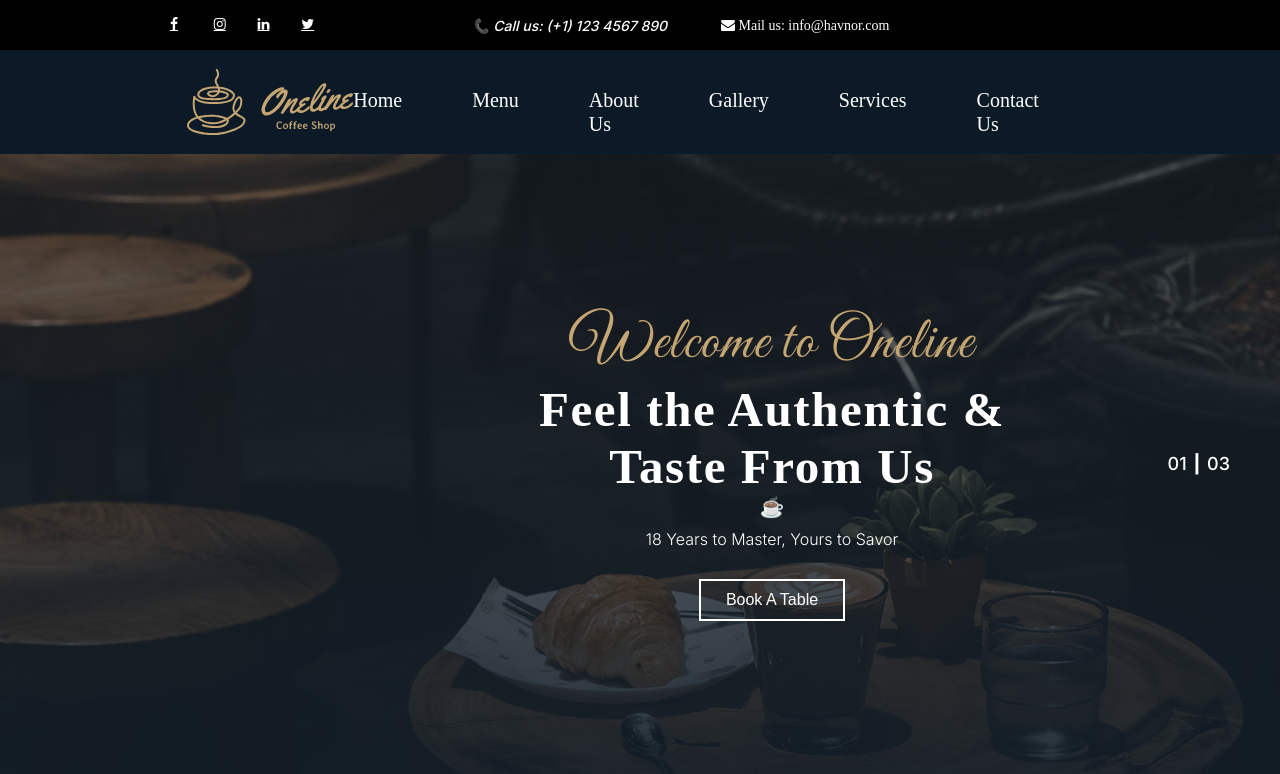
Repository: abhayzulasana/Online-Coffee-Shop
Page: index.html
The author's editor kept a copy of each file at every save. The page is drawn from the files as they stood at one save, then again after a run of saves.
The browser window is 1280 px wide. The pictures show the whole page.

Above is the page before, as saved 2025-05-14 10:11:01.

### index.html
<!DOCTYPE html>
<html lang="en">
<head>
  <meta charset="UTF-8" />
  <meta name="viewport" content="width=device-width, initial-scale=1.0" />
  <title>Oneline Coffee Shop</title>
  <link rel="stylesheet" href="style.css" />
  <link rel="stylesheet" href="https://cdnjs.cloudflare.com/ajax/libs/font-awesome/4.7.0/css/font-awesome.min.css">

  <link rel="preconnect" href="https://fonts.googleapis.com" />
  <link rel="preconnect" href="https://fonts.gstatic.com" crossorigin />
  <link href="https://fonts.googleapis.com/css2?family=Great+Vibes&family=Inter:wght@300;500;700&display=swap" rel="stylesheet">
</head>
<body>
  <header class="top-bar">
    <div class="social-icons">
      <a href="#" class="fa fa-facebook"></a>
      <a href="#" class="fa fa-instagram"></a>
      <a href="#" class="fa fa-linkedin"></a>
      <a href="#" class="fa fa-twitter"></a>

    </div>
    <div class="contact-info">
      <i class="call"> 📞   Call us: (+1) 123 4567 890</i>
      <i class="fa fa-envelope">    Mail us: info@havnor.com</i>

    </div>
  </header>

  <nav class="navbar">
    <div class="logo">
      <img src="img/cafelogo.svg">
      <!-- <span>☕</span>
      <span class="logo-text">Oneline <small>Coffee Shop</small></span> -->
    </div>
    <ul class="nav-links">
      <li>Home</li>
      <li>Menu</li>
      <li>About Us</li>
      <li>Gallery</li>
      <li>Services</li>
      <li>Contact Us</li>
    </ul>
  </nav>

  <section class="hero">
    <div class="hero-content">
  <center>
      <h2>Welcome to Oneline</h2>
      <h1>Feel the Authentic & Taste From Us</h1>
      <div class="divider">☕</div>
      <p>18 Years to Master, Yours to Savor</p>
      <button>Book A Table</button>
    </div>
  </center>
    <div class="scroll-number">
      <span>01</span>
      <span>┃</span>
      <span>03</span>
    </div>
  </section>
</body>
</html>

### style.css
/* Reset & Base */
* {
    margin: 0;
    padding: 0px;
    box-sizing: border-box;
  }

  body {
    font-family: 'Inter', sans-serif;
    color: white;
    /* margin-left:90px; */
    height: 100vh;
  }

  /* Top Bar */
  .top-bar {
    top: 0px;
    width: 100%;
    height: 50px;
    background-color: #000;
    color: white;
    display: flex;
    justify-content: space-between;
    padding: 10px 30px;
    font-size: 14px;

  }

  .social-icons a {
    margin-top:7px;
    width:40px;
    height: 17px;

    /* margin-right: 10px; */
    color: white;
    /* margin-left: 0px; */
    /* gap: 10px; */
  }
  .fa-facebook{
    margin-left: 140px;
  }
  .contact-info{
      display: flex;
      gap: 40px;
      margin-right: 320px;
      font-family: 'Inter', sans-serif;

      align-items: center;

  }
  .call{
      /* gap: 70px; */
      font-family: 'Inter', sans-serif;

      /* font: normal normal medium 16px/19px Montserrat; */
      width: 209px;
  }
  .fa-envelope{
    width: 209px;
    font-family: 'Inter', sans-serif;

  }

  /* Navbar */
  .navbar {
    top: 47px;
    margin-left: 0px;
    width: 100%;
    height: 104px;
    background-color: #0c1a28;
    display: flex;
    justify-content: space-between;
    text-align: left;
    /* align-items: center; */
    padding: 15px 50px;
  }

  .logo {
    display: flex;
    align-items: center;
    font-size: 70px;
    /* color: #C5A572; */
  }
.logo img{
  margin-left: 137px;
}
  /* .logo span{
    margin-left: 50px;
    color: #C5A572;
  } */
  .logo-text {
    top: 81px;
    width: 92px;
    height: px;
    color: #C5A572;
    font-family: 'Great Vibes', cursive;
    margin-left: 210px;
    font-size: 45px;
  }

  .logo-text small {
    display: block;
    font-size: 12px;
    font-family: 'Inter', sans-serif;
  }

  .nav-links {
    /* margin-left: 57px; */
    margin-right: 290px;
    margin-top: 23px;
    height: 24px;
    list-style: none;
    display: flex;
    gap: 70px;
    /* text-align: left; */
    font: normal normal normal 20px/24px Montserrat;
    color: #FFFFFF;
    opacity: 1;
  }

  .nav-links li {
    cursor: pointer;
  }

  /* Hero Section */
  .hero {
    top: 151px;
    left: 0px;
    width: 100%;
    height: 500px;
    display: flex;
    justify-content: space-between;
    align-items: center;
    height: calc(100vh - 100px);
    padding: 0 50px;
    background: url('img/bgcafe.png');
  background-repeat: no-repeat;
  background-size: cover;
  background-position: center;
  }

  .hero-content {
    top: 398px;
    margin-left: 427px;
    width: 857px;
    height: 317px;
    max-width: 50%;
  }

  .hero-content h2 {
    /* text-align: left; */
    font: normal normal normal 60px/75px Great Vibes;
    letter-spacing: 1.2px;
    color: #C5A572;

  }

  .hero-content h1 {
    font: normal normal normal ;
    font-family:Bellefair;
    font-size: 49px;
    letter-spacing: 1.6px;

    /* margin-bottom: 20px; */
  }

  .divider {
    font-size: 20px;
    color: #d4af37;
    margin-bottom: 10px;
  }

  .hero-content p {
    margin-bottom: 30px;
    font-weight: 300;
  }

  .hero-content button {
    padding: 10px 25px;
    font-size: 16px;
    background-color: transparent;
    border: 2px solid white;
    color: white;
    cursor: pointer;
    transition: 0.3s;
  }

  .hero-content button:hover {
    background-color: white;
    color: #000;
  }

  .scroll-number {
    text-align: center;
    font-size: 18px;
    line-height: 1.8;
  }

After the next 2 saves:
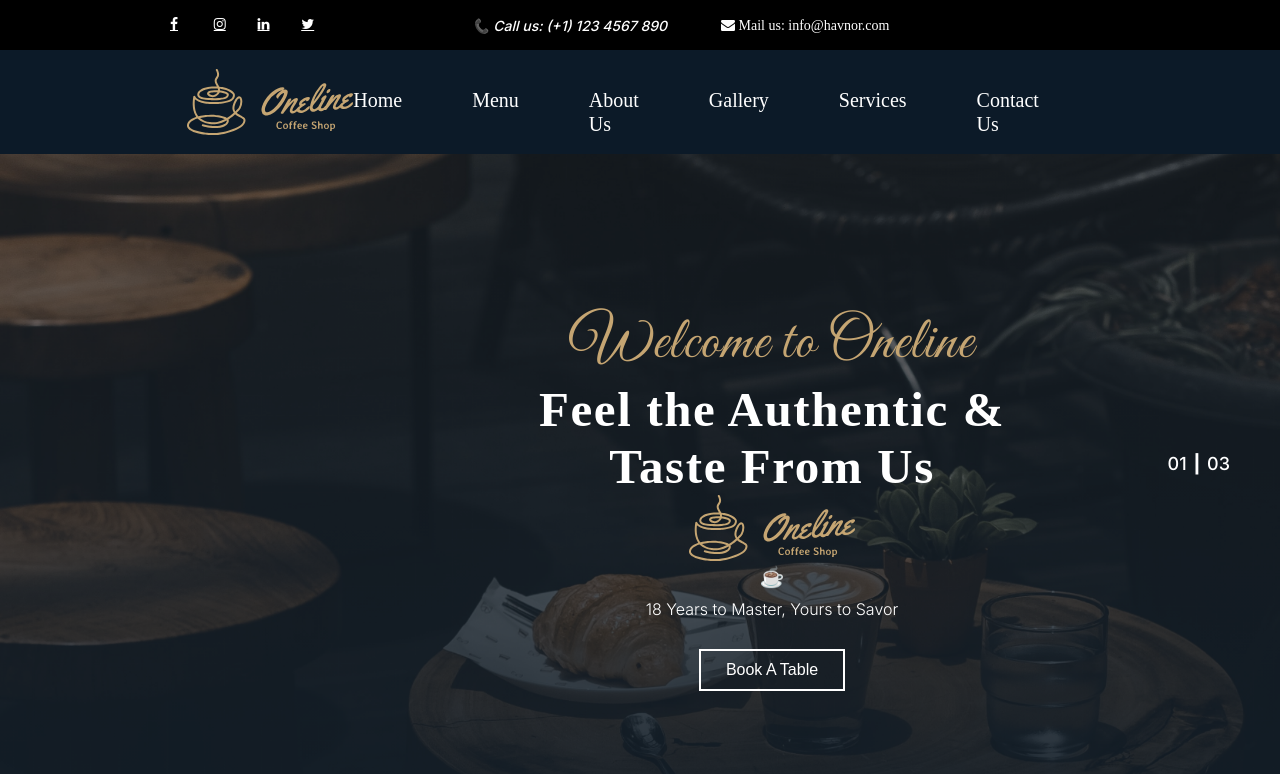
The 2 saves are shown as one change because they came seconds apart.
The last was saved 2 min 40 s later.
--- a/index.html
+++ b/index.html
@@ -48,6 +48,8 @@
   <center>
       <h2>Welcome to Oneline</h2>
       <h1>Feel the Authentic & Taste From Us</h1>
+      <img src="img/cafelogo.svg">
+
       <div class="divider">☕</div>
       <p>18 Years to Master, Yours to Savor</p>
       <button>Book A Table</button>
